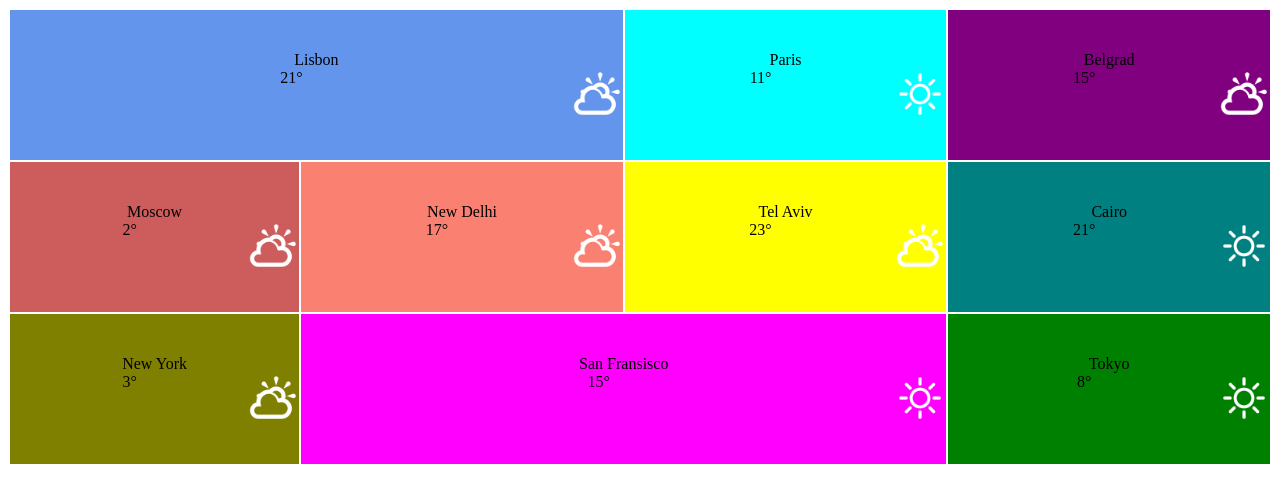
Repository: aysedo/html
Page: Week_2/index.html
The author's editor kept a copy of each file at every save. The page is drawn from the files as they stood at one save, then again after the next save.
The browser window is 1280 px wide. The pictures show the whole page.

Above is the page before, as saved 2021-08-24 16:32:51.

After the next save:
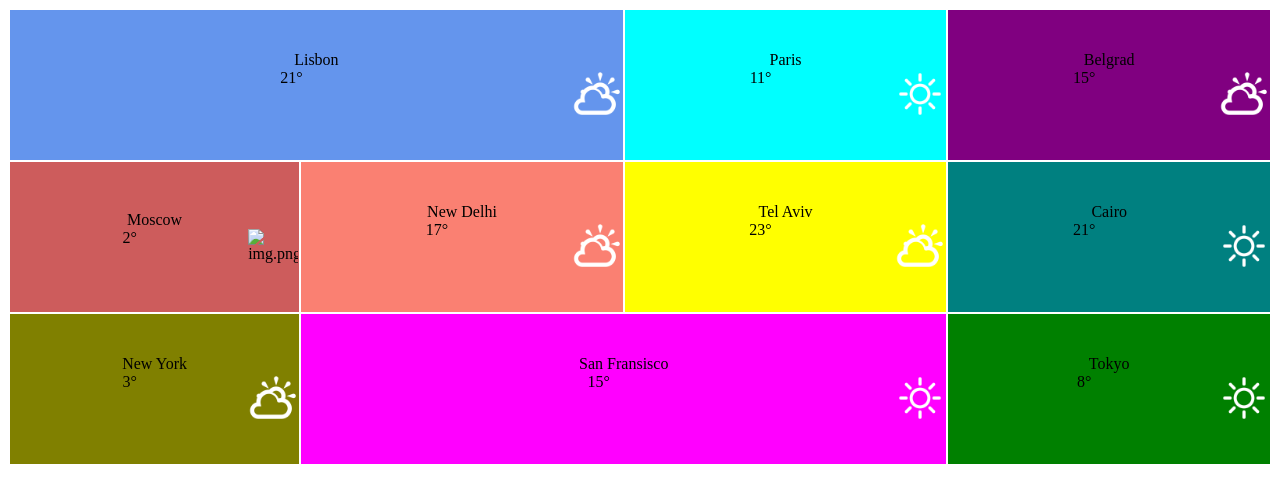
Saved 2 min 22 s later.
--- a/Week_2/index.html
+++ b/Week_2/index.html
@@ -33,7 +33,7 @@
           Moscow
           <br />
           2°
-          <img src="img.png" width="50" align="right" />
+          <img src alt="img.png" width="50" align="right" />
         </td>
         <td bgcolor="Salmon" align="center">
           New Delhi

After the save that followed:
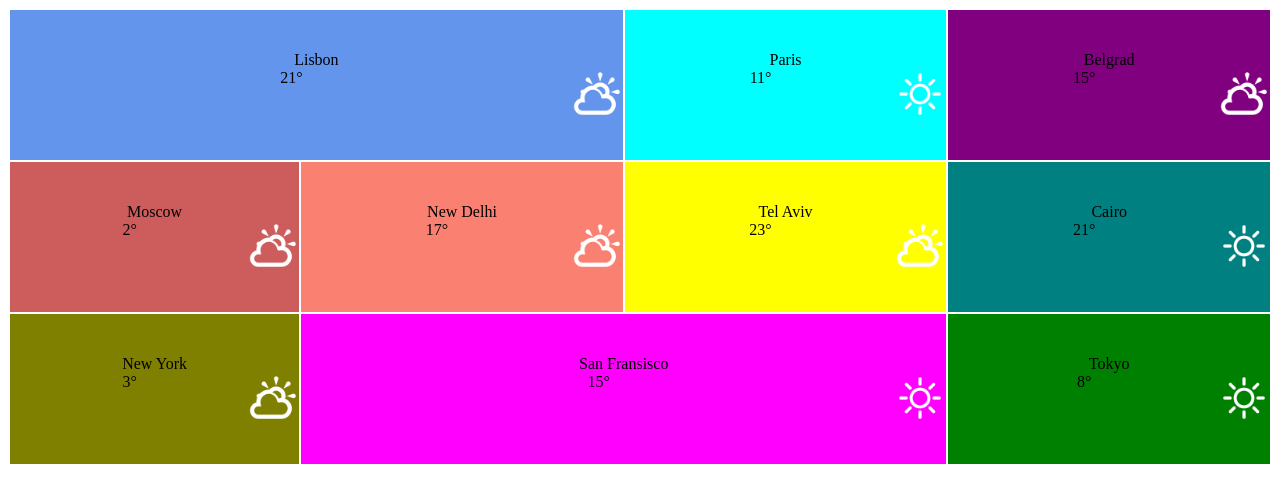
Saved 17 s later.
--- a/Week_2/index.html
+++ b/Week_2/index.html
@@ -33,7 +33,7 @@
           Moscow
           <br />
           2°
-          <img src alt="img.png" width="50" align="right" />
+          <img src="img.png" width="50" align="right" />
         </td>
         <td bgcolor="Salmon" align="center">
           New Delhi
